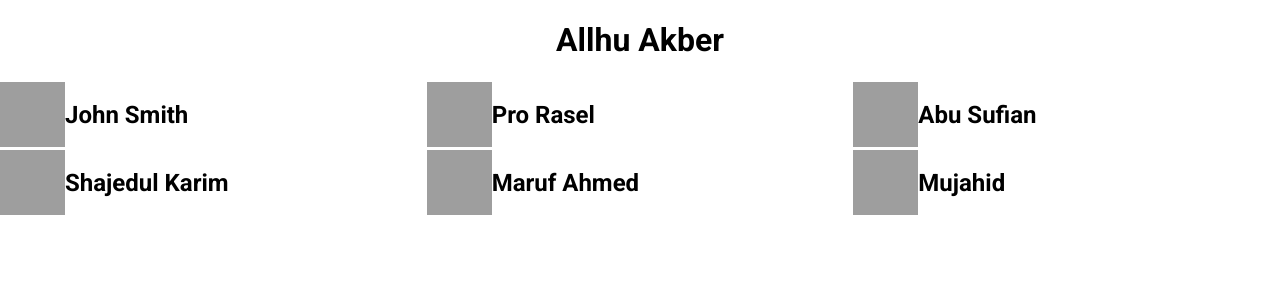
Repository: zjria/leader-board
Page: index.html
The author's editor kept a copy of each file at every save. The page is drawn from the files as they stood at one save, then again after the next save.
The browser window is 1280 px wide. The pictures show the whole page.
Pictures or frames that could not be fetched are drawn as grey boxes.

Above is the page before, as saved 2022-09-03 08:39:41.

### index.html
<!DOCTYPE html>
<html lang="en">

<head>
    <meta charset="UTF-8">
    <meta http-equiv="X-UA-Compatible" content="IE=edge">
    <meta name="viewport" content="width=device-width, initial-scale=1.0">
    <title>leader-board</title>
    <!-- Custom CSS -->
    <link rel="stylesheet" href="/style/style.css">
</head>

<body>
    <h1>Allhu Akber</h1>
    <!-- Header Section -->
    <header>

    </header>
    <!-- Main Section -->
    <main>
        <section>
            <div class="top-players">
                <div class="players">
                    <div class="player">
                        <img src="images/players/player-1.png" alt="">
                        <h2>John Smith</h2>
                    </div>
                    <div class="player">
                        <img src="images/players/player-2.png" alt="">
                        <h2>Pro Rasel</h2>
                    </div>
                    <div class="player">
                        <img src="images/players/player-3.png" alt="">
                        <h2>Abu Sufian</h2>
                    </div>
                    <div class="player">
                        <img src="images/players/player-4.png" alt="">
                        <h2>Shajedul Karim</h2>
                    </div>
                    <div class="player">
                        <img src="images/players/player-5.png" alt="">
                        <h2>Maruf Ahmed</h2>
                    </div>
                    <div class="player">
                        <img src="images/players/player-6.png" alt="">
                        <h2>Mujahid</h2>
                    </div>
                </div>
            </div>
        </section>
    </main>
</body>

</html>

### style/style.css
/* Google Fonts */
@import url('https://fonts.googleapis.com/css2?family=Poppins:wght@500&family=Roboto:wght@100;300;400;500;700;900&display=swap');

body {
    border: 0px;
    margin: 0px;
    font-family: 'Poppins', sans-serif;
    font-family: 'Roboto', sans-serif;
}

h1 {
    display: flex;
    justify-content: center;
}

/* Top Players Section */
.players {
    display: grid;
    grid-template-columns: repeat(3, 1fr);
}

.player {
    display: flex;
    align-items: center;
}

.player img {
    width: 65px;
    height: 65px;
}

After the next save:
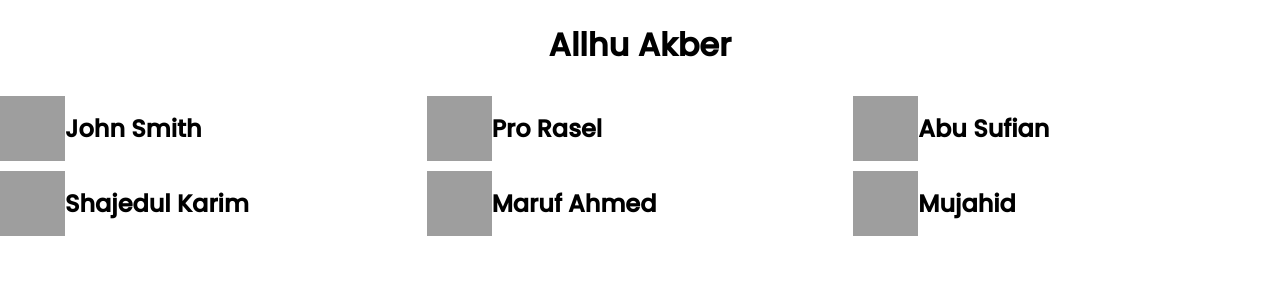
Saved 4 s later.
--- a/style/style.css
+++ b/style/style.css
@@ -5,7 +5,7 @@ body {
     border: 0px;
     margin: 0px;
     font-family: 'Poppins', sans-serif;
-    font-family: 'Roboto', sans-serif;
+    /* font-family: 'Roboto', sans-serif; */
 }
 
 h1 {
